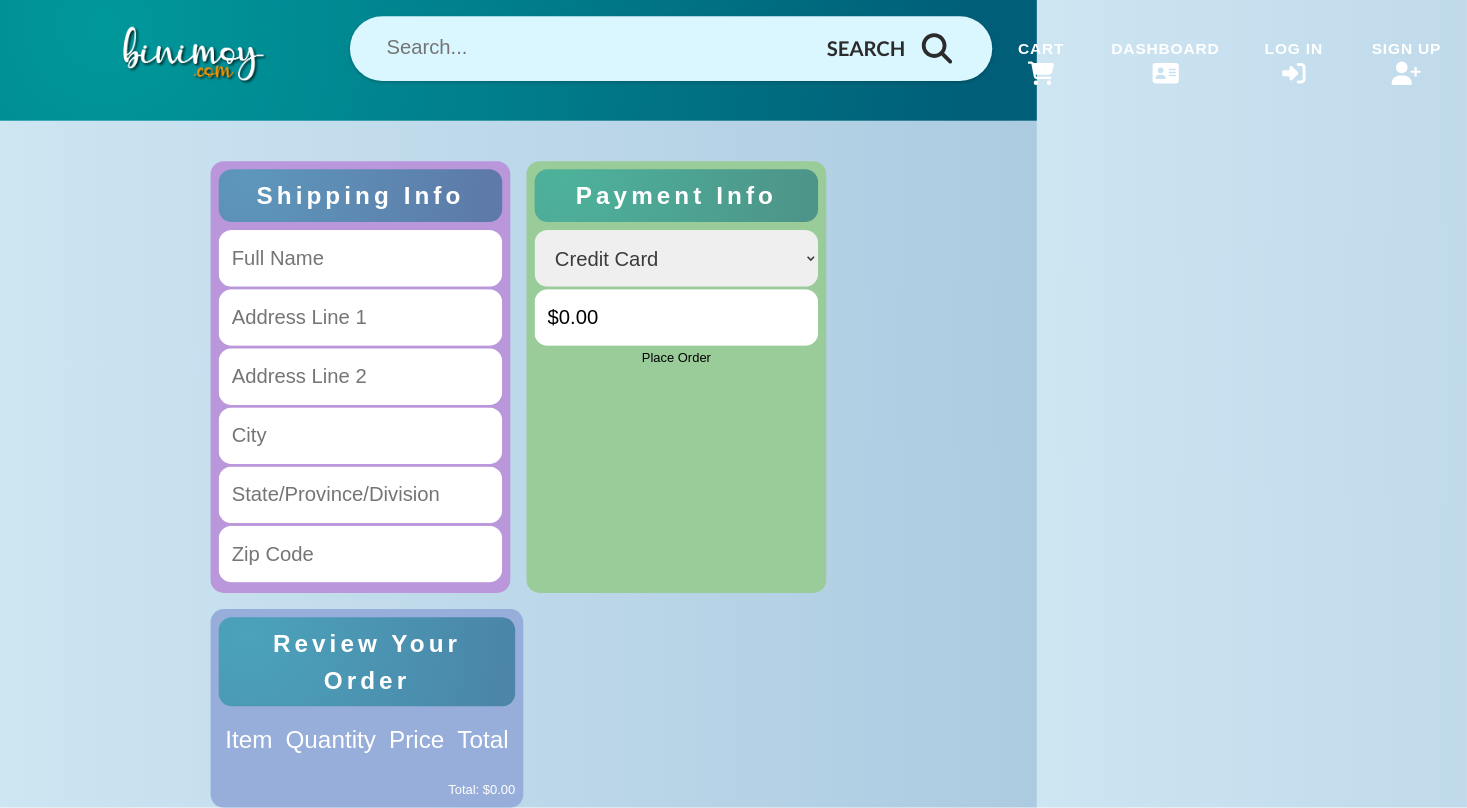
Repository: Shadman2024/2_1_DatabaseProject
Page: /checkout (app in frontend/)
An editor plug-in stored every save of this project. The page is shown before and after the next save, followed by the edit.
The browser window is 1280 px wide. The page is 1811 px wide, so the pictures cover 1811 px, including what lies to the right of the window. The pictures show the whole page, at 81% of full size.
Some web libraries are served in a nearby version. The project was rebuilt for these pictures with package versions that can differ from the ones it lists, and the page was loaded fresh each time. Also part of the build but not shown: frontend/src/App.css, frontend/src/signUp/signup.js, frontend/src/logIn/login.js, frontend/src/Home/home.module.css, frontend/src/Home/hero.js, frontend/src/Home/hero2.js, frontend/src/Home/hero3.js, frontend/src/Home/smallcategory.module.css and 31 more.

Above is the page before, as saved 2024-03-08 15:38:06.

After the next save:
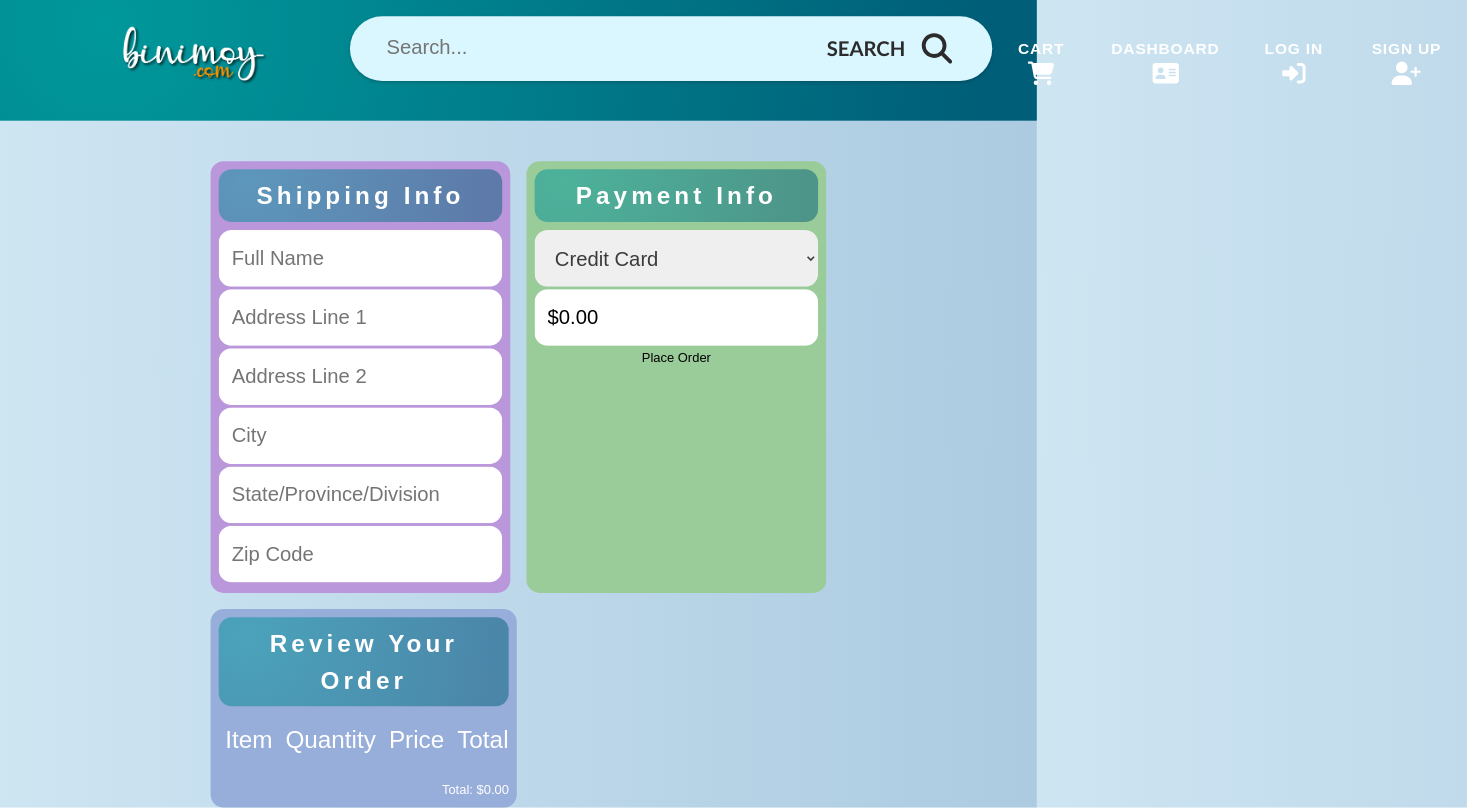
Saved 4 s later.
--- a/frontend/src/checkout/checkout.module.css
+++ b/frontend/src/checkout/checkout.module.css
@@ -12,7 +12,7 @@
 .cartReview{
     background-color: #97adda;
     padding: 10px;
-    width: 49.5%;
+    width: 48.5%;
     margin: 10px;
     border-radius: 1rem 1rem 1rem 1rem;
     text-align: center;
